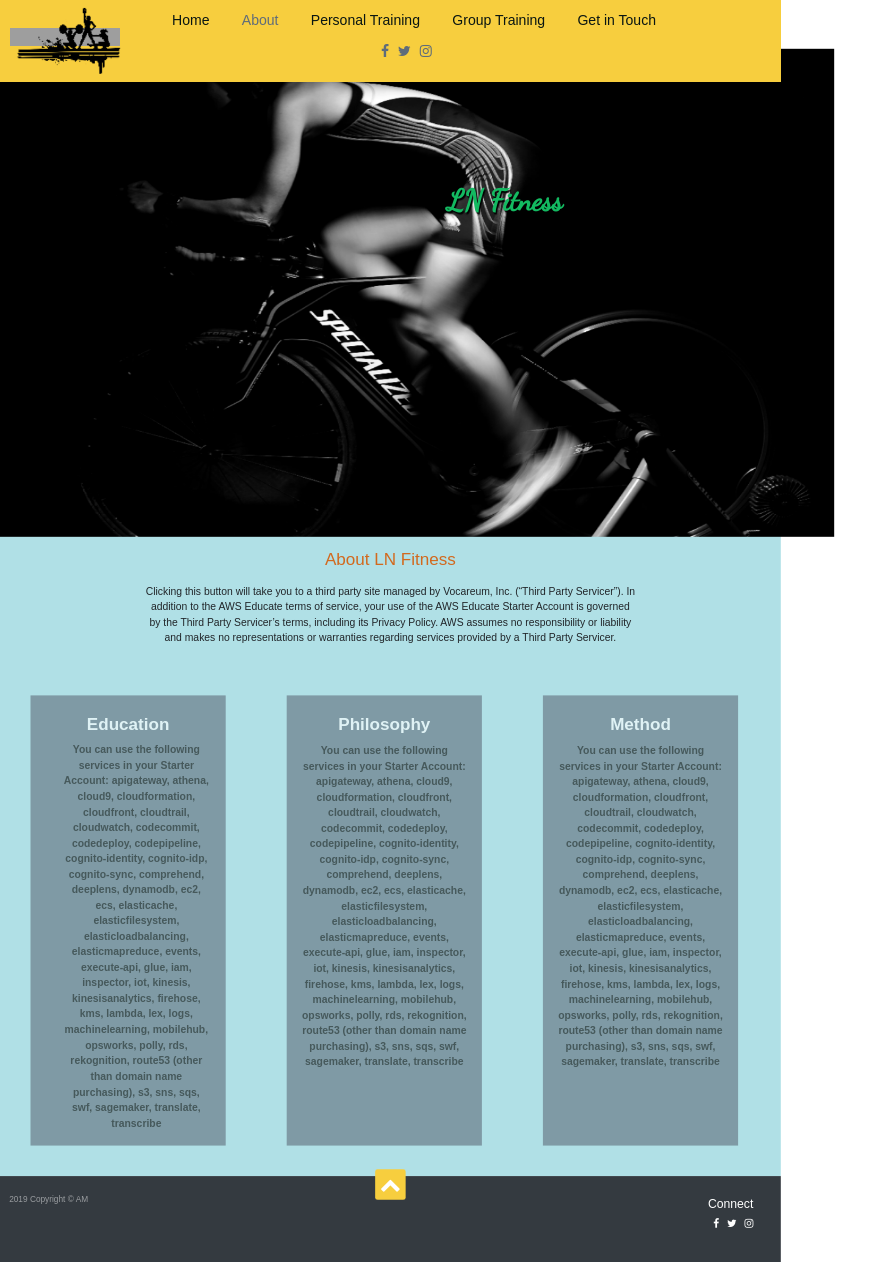
Repository: murphya14/Fitness-webpage
Page: about.html
The author's editor kept a record of every edit. The page is drawn from the files as they stood at one moment, then again after the next edit.
The browser window is 1280 px wide. The page is 1453 px wide, so the pictures cover 1453 px, including what lies to the right of the window. The pictures show the whole page, at 61% of full size.
Pictures or frames that could not be fetched are drawn as grey boxes. Some web libraries are served in a nearby version.

Above is the page before.

### about.html
<!DOCTYPE html>
<html lang="en">

<head>
  <meta charset="UTF-8">
  <meta name="viewport" content="width=device-width, initial-scale=1.0">
  <meta http-equiv="X-UA-Compatible" content="ie=edge">
  <link rel="stylesheet" href="https://stackpath.bootstrapcdn.com/bootstrap/4.3.1/css/bootstrap.min.css" <link rel="stylesheet" href="https://stackpath.bootstrapcdn.com/font-awesome/4.7.0/css/font-awesome.min.css" type="text/css" />
  <link rel="stylesheet" href="assets/css/style.css" />
   <script src="https://code.jquery.com/jquery-3.2.1.slim.min.js" integrity="sha384-KJ3o2DKtIkvYIK3UENzmM7KCkRr/rE9/Qpg6aAZGJwFDMVNA/GpGFF93hXpG5KkN" crossorigin="anonymous"></script>
  <link rel="shortcut icon" type="image/x-icon" href="assets/favicon.ico">
  <link rel="stylesheet" href="https://cdnjs.cloudflare.com/ajax/libs/font-awesome/4.7.0/css/font-awesome.min.css">
  <link rel="stylesheet" type="text/css" href="//fonts.googleapis.com/css?family=Dancing+Script" />
  <title>Home</title>
</head>

<body>



  <header>
    <!-- Logo and Nav bar-->
    <!-- Used help from Stack overflow: https://stackoverflow.com/questions/23949804/how-to-change-link-color-bootstrap-->


    <nav class=" container-fliud navbar navbar-expand-lg navbar-custom  fixed-top navbar-light topnav">
      <div><a class="logo " href="index.html">
          <img src="assets/images/logo.png" alt="logo">
        </a></div>


      <div>
        <div>
          <ul class="nav justify-content-center container-fluid">

            <li class="nav-item">
              <a class="nav-link" href="index.html">Home</a>
            </li>
            <li class="nav-item ">
              <a class="nav-link" id="active" href="about.html">About</a>
            </li>
            <li class="nav-item  ">
              <a class="nav-link" href="personal-training.html">Personal Training</a>
              <li class="nav-item ">
                <a class="nav-link" href="group-training.html">Group Training</a>
              </li>

              <li class="nav-item ">
                <a class="nav-link" href="get-in-touch.html">Get in Touch</a>
              </li>
          </ul>

        </div>
        <!-- Select menu for Nav bar for smaller devices-->

        <select id="select">
    <option value="index.html" >Home</div>
    <option value="about.html" selected="selected">About</option>
    <option value="personal-training.html">Personal Training</option>
    <option value="group-training">Group Training</option>
    <option value="get-in-touch">Get in Touch</option>
  </select>

        <!-- Social links-->

        <div class="row no-gutters">
          <div class="col">

            <div class="nav-link">

              <ul class="list-inline social-links">
                <li class="list-inline-item">
                  <a target="_blank" href="#">
                            <i class="fa fa-facebook" aria-hidden="true"></i>
                            <span class="sr-only">Facebook</span>
                        </a>
                </li>
                <li class="list-inline-item">
                  <a target="_blank" href="#">
                            <i class="fa fa-twitter" aria-hidden="true"></i>
                            <span class="sr-only">Twitter</span>
                        </a>
                </li>


                <li class="list-inline-item">
                  <a target="_blank" href="#">
                            <i class="fa fa-instagram" aria-hidden="true"></i>
                            <span class="sr-only">Instagram</span>
                        </a>
                </li>

              </ul>
            </div>
          </div>
        </div>

    </nav>


  </header>

  <!-- Container for main image -->

  <div class="container-fluid">
    <section class="section">



      <div class="row main-image">

        <div class="col-md-12 col-sm-3 image-about">
          <img src="assets/images/about.jpg" alt="LN Trainer">

          <h2 class="image-text">LN Fitness</h2>
        </div>
      </div>
  </div>

   <!-- Content for section -->

  <div class="container-fluid section">
    <div class="row">
      <div class="col-md-12 col-sm-12">
        <h3 class="section-heading">About LN Fitness</h3>
        <p class="col-md-8 section-p-about">Clicking this button will take you to a third party site managed by Vocareum, Inc. (“Third Party Servicer”). In addition to the AWS Educate terms of service, your use of the AWS Educate Starter Account is governed by the Third Party Servicer’s
          terms, including its Privacy Policy. AWS assumes no responsibility or liability and makes no representations or warranties regarding services provided by a Third Party Servicer.</a>
      </div>
      </p>

    </div>

    <div class="row">


      <div class="transbox col-md-3 col-sm-12">
        <h3 class="box-heading"> Education</h3>
        <div class="container">
        <p class="col-md-12 col-sm-12">You can use the following services in your Starter Account: apigateway, athena, cloud9, cloudformation, cloudfront, cloudtrail, cloudwatch, codecommit, codedeploy, codepipeline, cognito-identity, cognito-idp, cognito-sync, comprehend, deeplens,
          dynamodb, ec2, ecs, elasticache, elasticfilesystem, elasticloadbalancing, elasticmapreduce, events, execute-api, glue, iam, inspector, iot, kinesis, kinesisanalytics, firehose, kms, lambda, lex, logs, machinelearning, mobilehub, opsworks, polly,
          rds, rekognition, route53 (other than domain name purchasing), s3, sns, sqs, swf, sagemaker, translate, transcribe</p>
      </div>
      </div>





      <div class="transbox col-md-3 col-sm-12">
        <h3 class="box-heading"> Philosophy</h3>
        <p>You can use the following services in your Starter Account: apigateway, athena, cloud9, cloudformation, cloudfront, cloudtrail, cloudwatch, codecommit, codedeploy, codepipeline, cognito-identity, cognito-idp, cognito-sync, comprehend, deeplens,
          dynamodb, ec2, ecs, elasticache, elasticfilesystem, elasticloadbalancing, elasticmapreduce, events, execute-api, glue, iam, inspector, iot, kinesis, kinesisanalytics, firehose, kms, lambda, lex, logs, machinelearning, mobilehub, opsworks, polly,
          rds, rekognition, route53 (other than domain name purchasing), s3, sns, sqs, swf, sagemaker, translate, transcribe</p>
      </div>

         <div class="transbox col-md-3 col-sm-12">
        <h3 class="box-heading"> Method</h3>
        <p>You can use the following services in your Starter Account: apigateway, athena, cloud9, cloudformation, cloudfront, cloudtrail, cloudwatch, codecommit, codedeploy, codepipeline, cognito-identity, cognito-idp, cognito-sync, comprehend, deeplens,
          dynamodb, ec2, ecs, elasticache, elasticfilesystem, elasticloadbalancing, elasticmapreduce, events, execute-api, glue, iam, inspector, iot, kinesis, kinesisanalytics, firehose, kms, lambda, lex, logs, machinelearning, mobilehub, opsworks, polly,
          rds, rekognition, route53 (other than domain name purchasing), s3, sns, sqs, swf, sagemaker, translate, transcribe</p>
      </div>


    </div>

  </div>




  </div>
  </div>


  </section>
  </div>




  <!-- footer-->

  <footer id="footer" class="container-fluid py-4 bg-dark text-white-50">
    <div class="row">

      <div class="col-sm-4 text-footer">
        <small>2019 Copyright &copy; AM</small></div>

      <div class="col-sm-4 "><a id="button"></a></div>


      <div class="col-sm-4">

        <!-- footer social media links-->
        <div class="footer-link">
          <h5 class="uppercase general-sub">Connect</h5>
          <ul class="list-inline social-links">
            <li class="list-inline-item">
              <a target="_blank" href="#">
                            <i class="fa fa-facebook" aria-hidden="true"></i>
                            <span class="sr-only">Facebook</span>
                        </a>
            </li>
            <li class="list-inline-item">
              <a target="_blank" href="#">
                            <i class="fa fa-twitter" aria-hidden="true"></i>
                            <span class="sr-only">Twitter</span>
                        </a>
            </li>


            <li class="list-inline-item">
              <a target="_blank" href="#">
                            <i class="fa fa-instagram" aria-hidden="true"></i>
                            <span class="sr-only">Instagram</span>
                        </a>
            </li>

          </ul>
        </div>

      </div>

  </footer>


  <!--------------Back to top button created with help from https://www.templatemonster.com/blog/back-to-top-button-css-jquery/--->
  <script src="https://code.jquery.com/jquery-3.4.1.slim.min.js"></script>
  <script src="https://cdnjs.cloudflare.com/ajax/libs/popper.js/1.15.0/umd/popper.min.js"></script>
  <script src="https://stackpath.bootstrapcdn.com/bootstrap/4.3.1/js/bootstrap.min.js"></script>


  <script>
    jQuery(document).ready(function() {

      var btn = $('#button');

      $(window).scroll(function() {
        if ($(window).scrollTop() > 300) {
          btn.addClass('show');
        }
        else {
          btn.removeClass('show');
        }
      });

      btn.on('click', function(e) {
        e.preventDefault();
        $('html, body').animate({ scrollTop: 0 }, '300');
      });

    });
  </script>




</body>

</html>

### assets/css/style.css
/*----------------------------------------------- Colours*/

.nav-link {
    color: #00ccff;
}

#active {
    color: #5F6C7A;
}

.navbar {
    background:#f7ce3e ;

}


li a:hover {
    color: #f7ce3e;
}

/*--------------------------------------------- General*/

body {font-size: 17px;
    font-family: "arial", sans-serif;
    margin: 0; padding: 0; overflow-x:hidden;
}

.center {
  display: block;
  margin-left: auto;
  margin-right: auto;
  width: 50%;
}


.inline-block {
    display: inline-block;
}







.highlight {color:#D2691E;
    padding:0;
    margin:0;
}








/*--------------------------------------------- Nav bar*/

nav ul {

    display: block;
    font-size: 23px;
    font-weight: 700;




}

    .nav-item {
        margin-left: 40px;
    }

.logo {
    position: static;
    background: url("../images/rosie.jpg");
    background-position: center;
    background-repeat: no-repeat;
    margin-right:40px;
    padding-top: 10px;
    padding-left: 10px;
    min-height: 100px;
    transition: all .5s ease-in-out;
    -moz-transition: all .5s ease-in-out;
    -webkit-transition: all .5s ease-in-out;
    height: 10%;
    width: 25%;
}

.header {
    position: fixed;
    top: 0;
    left: 0;
    right: 0;
    background-color: #e84610;
    padding: 15px 25px;

}

nav select {
    display: none;
    background-color: #77C9D4;
    color: white;
    border: 1px solid #778899;
   position: relative;
   cursor: pointer;
   top: 100%;
  left: 0;
  right: 0;
  z-index: 99;

}

#select {color: #f7ce3e;
    background-color: #5F6C7A;
}


.nav-link
{color: #0A1612;
text-align: center;
padding: 8px;
    margin-right: 0;
    display: block;

    font-size:33;
    font-weight: 500;
    padding-left: 5px;
      transition: all 0.35s ease-in-out;
    -moz-transition: all 0.35s ease-in-out;
    -webkit-transition: all 0.35s ease-in-out;
    -o-transition: all 0.35s ease-in-out;
    max-width:100%;

}
/*-------------------------Social links*/
nav a {color:#5F6C7A;}

nav a:hover {
    color: white;
}

/*-------------------------------------------Section*/

/*-------------------------Section Image*/

.main-image {max-width:100%;
    height:100%;
    padding-left:0;
    padding-right:0;
    position: relative;
    transform: translate(-5%, +10%);
    margin: 0;

 }

.image-text {
   position: absolute;
   top: 250px;
   left: 70%;
   width: 100%;
   color:#13BA61;
   font-family: "Dancing Script";
   font-size: 48px;
   font-variant: normal;
   font-weight: 700;
   line-height: 26.4px;
   text-shadow: 2px 2px 2px #000;
    transform: translate(-50%, -50%);
 }


/*------------------Index.html*/
 .section {background-color:#B0E0E6;
  text-align: center;


     max-width:100%;
 }

.section-heading {color: #D2691E;
            text-align: center;
            margin-top:100px;
}

.section-p {padding:12px;
margin:10px;
    padding-bottom: 50px;
;


}

.section-p-about {padding:15px;
    text-align: center;
     width:75%;
}



.free-link {text-align: center;
    font-weight: 700;
    background-color: #5F6C7A;
    font:white;
    padding:15px;
    margin:15px;
    border-radius:15px;

  bottom: 5px;
  right: 30px;
  transition: background-color .3s;
  z-index: 1000;
  position: relative;
   left: 50%;

     transform: translate(-50%,-50%);


}

.section-link {color:white;
 width:120px;


}


.section a:hover {color:#f7ce3e;
text-decoration:none;

}

/*------------------About.html*/


/* With help from https://www.w3schools.com/css/tryit.asp?filename=trycss_transparency*/

div.transbox {
  margin: 50px;

  background-color: #5F6C7A;
  border: none;
  opacity: 0.6;
  filter: alpha(opacity=60);
  padding: 10px;
}

div.transbox p {
  margin: 5%;
  font-weight: bold;
  color: #000000;
}

.box-heading {font-weight:700;
color:white;}


/*------------------personal-training.html*/

.col-md-10 {transform: translate(+5%,0);}

.transbox-testimony {height:400px;
    transform: translate(+8%,0);
}

.testimony {transform: translate(+12%, +12%);}

/*------------------group-trainig.html*/

iframe {transform: translate(+50%, 0%);}

.timetable-link {
transform: translate(-50%,+40%);
    width: 25%;
}

/*------------------get-in-touch.html*/


  .row {
  display: flex;
}

.column {
  flex: 50%;
}

.main-image-contact {transform: translate(-5%,0%);}

.box-heading {padding-top:20px;}

.btn {

  color: black;
  font-weight:700;
  padding: 15px 20px;
  border: none;
  cursor: pointer;
  background-color:#f7ce3e;
 width:50%;
}

.btn:hover {
  opacity: 1;
  background-color:#B0E0E6 ;
}

.center-form {opacity:1;
   }




/*--------------------------------------------- footer*/

#button {
  text-align: center;
  display: inline-block;
  background-color: #f7ce3e;
  width: 50px;

  border-radius: 4px;
  bottom: 10px;
  right: 30px;
  transition: background-color .3s;
  z-index: 1000;
  position: relative;
   left: 50%;

     transform: translate(-50%,-50%);


}


#button:hover {
  cursor: pointer;
  background-color: #333;
}
#button:active {
  background-color: #555;
}

#button::after {
  content: "\f077";
  font-family: FontAwesome;
  font-weight: normal;
  font-style: normal;
  font-size: 2em;
  line-height: 50px;
  color: #fff;
}

.footer-link
{color: white;
text-align: right;

    float: none;
    padding-bottom: 10px;
    padding-right: 30px;
    padding-top:10px;
    font-size:33;
    font-weight: 500;
    padding-left: 5px;
      transition: all 0.35s ease-in-out;
    -moz-transition: all 0.35s ease-in-out;
    -webkit-transition: all 0.35s ease-in-out;
    -o-transition: all 0.35s ease-in-out;

}

footer a {color:white;}

 footer  a:hover {
    color: #f7ce3e;
}

.text-footer {float: left;
padding-bottom: 5px;
text-align: left;

}

#footer { min-height: 120px;

    margin: 0;
    padding: 15px;
    max-width:100%;}



/*------------- Responsive design*/

/* Extra small devices (phones, 600px and down) */


@media only screen and (max-width: 600px) {

/*------------------------------------- Changing the menu to a select bar for smaller screens*/
  .topnav {display: none;
    }
    nav select {
        display: inline-block;
        width: 55%;
        height: 25%;
          border-radius: 4px;
        position: left;
    }
    .nav-item {
        display: none;
    }
    .logo {
        position: right;
        height: 80%;
    }
     .column {
    width: 100%;
  }
}






/* Small devices (portrait tablets and large phones, 600px and up) */

@media only screen and (min-width: 600px) {}

/* Medium devices (landscape tablets, 768px and up) */

@media only screen and (min-width: 768px) {
.section-p-about {  transform: translate(25%, 0);}
}

/* Large devices (laptops/desktops, 992px and up) */

@media only screen and (min-width: 992px) {
    ...
}

/* Extra large devices (large laptops and desktops, 1200px and up) */

@media only screen and (min-width: 1200px)
}

After the next edit:
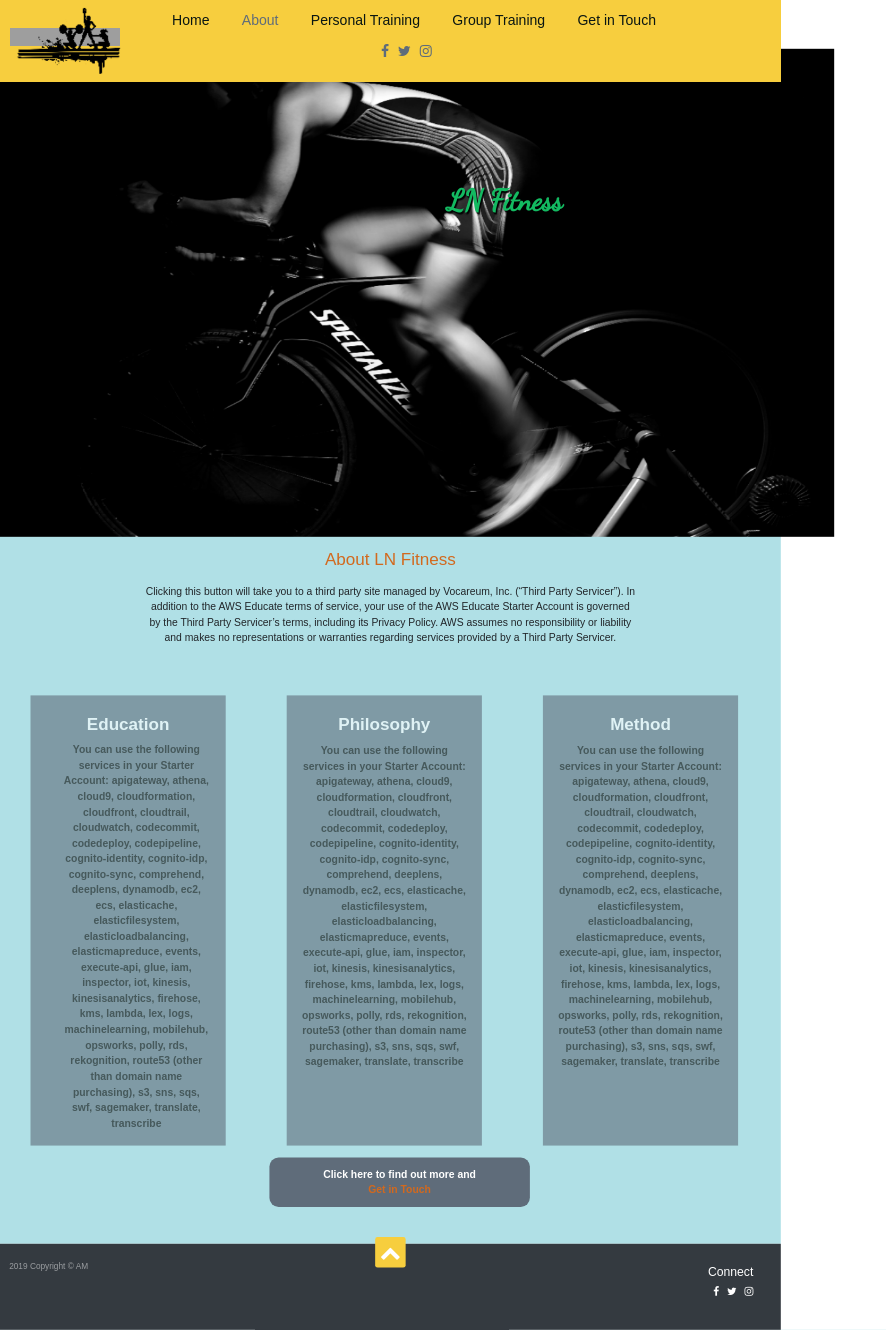
The edit:
--- a/about.html
+++ b/about.html
@@ -162,7 +162,10 @@
 
 
     </div>
-
+     <div class="row">
+    <div class="col-md-4 free-link"><a class="section-link" id="click-here-active" href="get-in-touch.html">Click here to find out more and <p class="highlight">Get in Touch</p></a></div>
+
+</div>
   </div>
 
 
